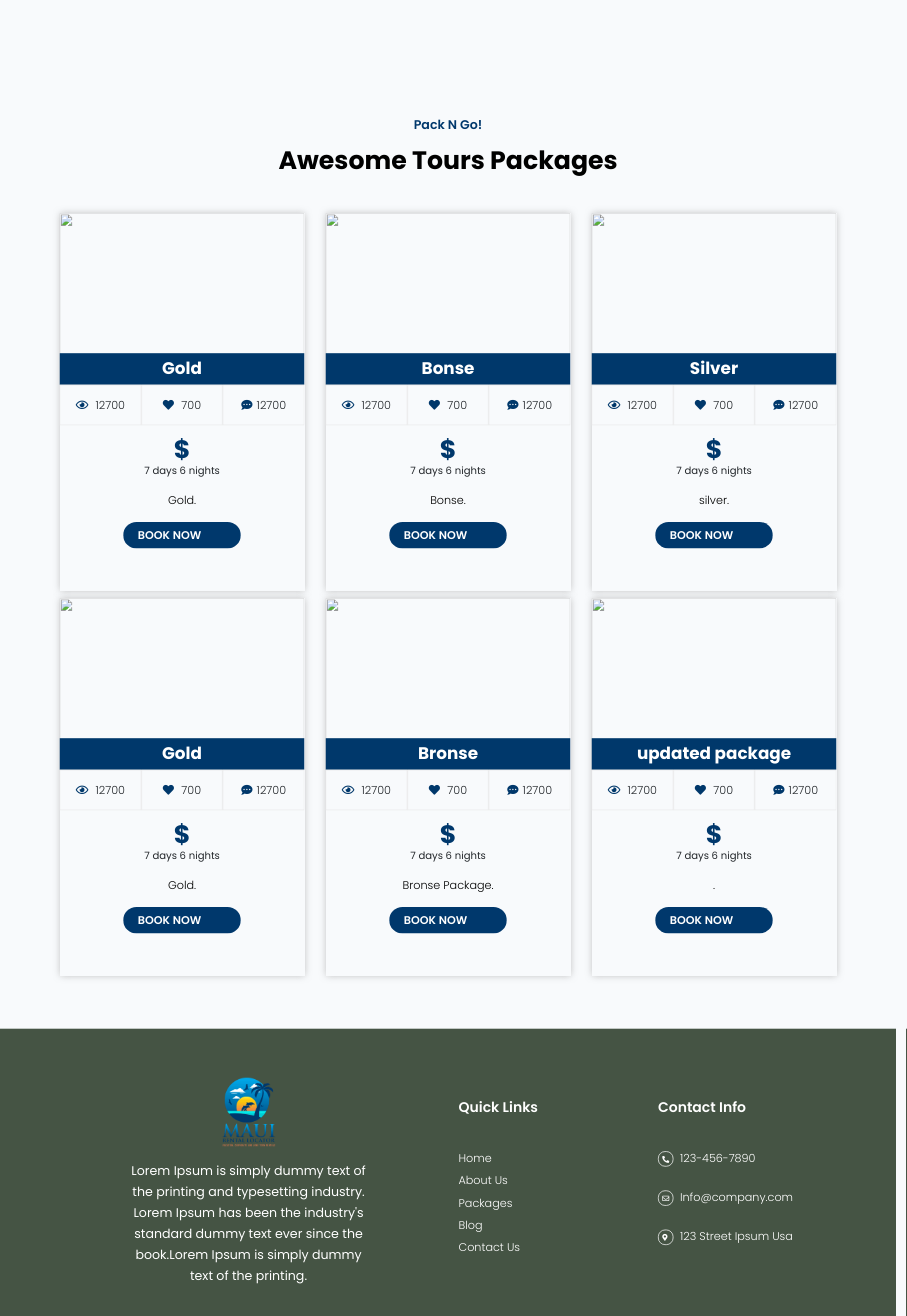
Repository: wasitmirani/laratest
Page: http://localhost/packages
These files come from the project's save history. The page is drawn as it stood at one moment and after the next save; the edit follows.
The browser window is 1280 px wide. The page is 1295 px wide, so the pictures cover 1295 px, including what lies to the right of the window. The pictures show the part of the page from y = 922 to 2802 px (the page is 2919 px tall), at 70% of full size.
Some web libraries are served in a nearby version. The page is served by the project's Laravel application, run on PHP 8.4 with Laravel 8. Other server files are loaded and not shown. The database holds what the project's SQL file puts in it.

Above is the page before, as saved 2021-06-30 12:16:48.
Console error: TypeError: Cannot read properties of null (reading 'addEventListener')

### routes/web.php
<?php


use Illuminate\Support\Facades\Route;
use App\Http\Controllers\TourController;
use App\Http\Controllers\MemberController;
use App\Http\Controllers\FrontEndController;
use App\Http\Controllers\DashboardController;
use App\Http\Controllers\TourPackageController;
use App\Http\Controllers\Backend\UserController;
use App\Http\Controllers\Backend\PackageController;


/*
|--------------------------------------------------------------------------
| Web Routes
|--------------------------------------------------------------------------
|
| Here is where you can register web routes for your application. These
| routes are loaded by the RouteServiceProvider within a group which
| contains the "web" middleware group. Now create something great!
|
*/
Auth::routes();

Route::get('/',[FrontEndController::class,'index'])->name('index');
Route::get('/about-us',[FrontEndController::class,'aboutUs'])->name('about');
Route::get('/packages',[FrontEndController::class,'packages'])->name('packages');
Route::get('/book/{id}',[FrontEndController::class,'bookNow'])->name('book.now');
Route::post('/book',[FrontEndController::class,'booking'])->name('book');
Route::get('/package/detail/{id}',[FrontEndController::class,'packageDetail'])->name('package.detail');

Route::get('/contactus',[FrontEndController::class,'contactus'])->name('contactus');
Route::get('/package/detail',[FrontEndController::class,'packageDetail'])->name('package.detail');
Route::post('/contactus',[FrontEndController::class,'sendMessage'])->name('send.message');
Route::get('/all/packages',[TourPackageController::class,'index'])->name('all.packages');
Route::get('/all/tours',[TourController::class,'index'])->name('all.tours');


// Dashboard Apis

Route::get('/home', [App\Http\Controllers\HomeController::class, 'index'])->name('home');
Route::get('/dashboard',[DashboardController::class,'index'])->name('dashboard');
Route::post('/search/places',[FrontEndController::class,'searchPlaces'])->name('search.place');



Route::middleware(['auth'])->prefix('member')->name('member.')->group(function () {
        Route::get('/dashboard',[MemberController::class,'index'])->name('dashboard');
        Route::get('/tours',[MemberController::class,'getTours'])->name('tours');
        Route::get('/bookings',[MemberController::class,'getBookings'])->name('bookings');
        Route::get('/upcoming/tours',[MemberController::class,'upcomingTours'])->name('upcoming.tours');
        Route::get('/profile',[MemberController::class,'profile'])->name('profile');
        Route::post('/update/profile',[MemberController::class,'updateProfile'])->name('update.profile');

});
Route::middleware(['auth'])->prefix('admin')->name('admin.')->group(function () {

        Route::get('/dashboard',[App\Http\Controllers\Admin\DashboardController::class,'index'])->name('dashboard');
        Route::get('/profile',[App\Http\Controllers\Admin\AdminController::class,'profile'])->name('profile');
        Route::get('/update/password',[App\Http\Controllers\Admin\AdminController::class,'updatePasswordForm'])->name('update.password.form');
        Route::post('/update/password',[App\Http\Controllers\Admin\AdminController::class,'updatePassword'])->name('update.password');
        Route::post('/update/profile',[App\Http\Controllers\Admin\AdminController::class, 'updateProfile'])->name('update.profile');


        //USERS
        Route::get('/users',[App\Http\Controllers\Admin\UserController::class,'index'])->name('users');
        Route::get('/users/create',[App\Http\Controllers\Admin\UserController::class,'create'])->name('users.create');
        Route::post('/users',[App\Http\Controllers\Admin\UserController::class,'store'])->name('users.store');
        Route::post('/users/delete/{id}',[App\Http\Controllers\Admin\UserController::class,'delete'])->name('user.delete');
        Route::get('/users/edit/{id}',[App\Http\Controllers\Admin\UserController::class,'edit'])->name('user.edit');
        Route::post('/users/update/{id}',[App\Http\Controllers\Admin\UserController::class,'update'])->name('user.update');
        Route::post('/update/users/role',[App\Http\Controllers\Admin\UserController::class,'updateUserRole'])->name('update.user.role');

        //BOOKINGS
        Route::get('/bookings',[App\Http\Controllers\Admin\BookingsController::class,'index'])->name('bookings');
        Route::get('/bookings/create',[App\Http\Controllers\Admin\BookingsController::class,'create'])->name('bookings.create');
        Route::post('/bookings',[App\Http\Controllers\Admin\BookingsController::class,'store'])->name('bookings.store');
        Route::post('/bookings/delete/{id}',[App\Http\Controllers\Admin\BookingsController::class,'delete'])->name('bookings.delete');
        Route::get('/bookings/edit/{id}',[App\Http\Controllers\Admin\BookingsController::class,'edit'])->name('bookings.edit');
        Route::post('/bookings/update/{id}',[App\Http\Controllers\Admin\BookingsController::class,'update'])->name('bookings.update');
        Route::post('/update/bookings/status',[App\Http\Controllers\Admin\BookingsController::class,'updateBookingStatus'])->name('update.booking.status');

        //Tours
        Route::get('/Tours',[App\Http\Controllers\Admin\ToursController::class,'index'])->name('Tours');
        Route::get('/Tours/create',[App\Http\Controllers\Admin\ToursController::class,'create'])->name('Tours.create');
        Route::post('/Tours',[App\Http\Controllers\Admin\ToursController::class,'store'])->name('Tours.store');
        Route::post('/Tours/delete/{id}',[App\Http\Controllers\Admin\ToursController::class,'delete'])->name('Tours.delete');
        Route::get('/Tours/edit/{id}',[App\Http\Controllers\Admin\ToursController::class,'edit'])->name('Tours.edit');
        Route::post('/Tours/update/{id}',[App\Http\Controllers\Admin\ToursController::class,'update'])->name('Tours.update');
        Route::get('/tours',[App\Http\Controllers\Admin\ToursController::class,'tours'])->name('tours');
        Route::get('/upcoming/tours',[App\Http\Controllers\Admin\ToursController::class,'upcomingTours'])->name('upcoming.tours');


        //Location
        Route::get('/locations',[App\Http\Controllers\Admin\LocationController::class,'index'])->name('locations');
        Route::get('/locations/create',[App\Http\Controllers\Admin\LocationController::class,'create'])->name('locations.create');
        Route::post('/locations',[App\Http\Controllers\Admin\LocationController::class,'store'])->name('locations.store');
        Route::post('/locations/delete/{id}',[App\Http\Controllers\Admin\LocationController::class,'delete'])->name('locations.delete');
        Route::get('/locations/edit/{id}',[App\Http\Controllers\Admin\LocationController::class,'edit'])->name('locations.edit');
        Route::post('/locations/update/{id}',[App\Http\Controllers\Admin\LocationController::class,'update'])->name('locations.update');


        //Packages
        Route::get('/packages',[App\Http\Controllers\Admin\PackageController::class,'index'])->name('packages');
        Route::get('/packages/create',[App\Http\Controllers\Admin\PackageController::class,'create'])->name('packages.create');
        Route::post('/packages',[App\Http\Controllers\Admin\PackageController::class,'store'])->name('packages.store');
        Route::post('/packages/delete/{id}',[App\Http\Controllers\Admin\PackageController::class,'delete'])->name('packages.delete');
        Route::get('/packages/edit/{id}',[App\Http\Controllers\Admin\PackageController::class,'edit'])->name('packages.edit');
        Route::post('/packages/update/{id}',[App\Http\Controllers\Admin\PackageController::class,'update'])->name('packages.update');



});

### app/Models/Package.php
<?php

namespace App\Models;

use Illuminate\Database\Eloquent\Factories\HasFactory;
use Illuminate\Database\Eloquent\Model;

class Package extends Model
{
    use HasFactory;

    public function tourPackages(){
        return  $this->belongsTo(TourPackage::class,'package_id','id');
    }

    public function locations(){
        return $this->belongsTo(Location::class,'location_id','id');
    }
}

### app/Models/Location.php
<?php

namespace App\Models;

use App\Models\Package;
use Illuminate\Database\Eloquent\Model;
use Illuminate\Database\Eloquent\Factories\HasFactory;

class Location extends Model
{
    use HasFactory;


    // public function package(){
    //     return $this->belongsTo(Package::class,'location_id','id');
    // }
}

### resources/views/frontend/pages/packages.blade.php
@extends('layouts.frontend.master')

@section('content')

		<!-- Banner -->
		<section class="banner inner-banner" style="background: url(/frontend/assets/images/banner.jpg)no-repeat;" data-aos="flip-up" data-aos-duration="2000">
			<div class="container">
				<div class="row">
					<div class="col-lg-12 ">
						<h2 class="heading-one">Packages</h2>

					</div>
				</div>
			</div>
		</section>
		<!-- Banner -->

		@component('frontend.components.allPackages',['packages'=>$packages])

        @endcomponent
@endsection

### resources/views/frontend/components/allPackages.blade.php
<section class="packages">
    <div class="container">
        <div class="row text-center">
            <h2 class="heading-three">Pack N Go! </h2>
            <h2 class="heading-two">Awesome Tours Packages </h2>
        </div>
        <div class="row">
        @foreach($packages as $package)
            <div class="col-lg-4"  style="padding-top: 10px;">
                <div class="box">
                    <div class="img-box"><img src="{{asset('/admin/img/package/'.$package->thumbnail)}}" class="img-fluid" alt=""><h3>{{$package->name}}</h3></div>
                    <ul class="list-unstyled">
                        <li class="list-inline-item"><i class="far fa-eye"></i> 12700</li>
                        <li class="list-inline-item"><i class="fas fa-heart"></i> 700</li>
                        <li class="list-inline-item"><i class="fas fa-comment-dots"></i>12700</li>
                    </ul>
                    <div class="content">
                        <p><strong>$ {{$package->price}}</strong>7 days 6 nights</p>
                        <p class="para-one">{{$package->description}}.</p>
                        <a href="{{route('book.now',$package->id)}}" class="btn btn-business">BOOK Now <NOW></NOW> <i class="fas fa-arrow-right ml-3"></i></a>
                    </div>
                </div>
            </div>
        @endforeach
           <!-- <div class="col-lg-4">
                <div class="box">
                    <div class="img-box"><img src="{{asset('frontend/assets/images/tour-1.jpg')}}" class="img-fluid" alt=""><h3>Lorem Ipsum</h3></div>
                    <ul class="list-unstyled">
                        <li class="list-inline-item"><i class="far fa-eye"></i> 12700</li>
                        <li class="list-inline-item"><i class="fas fa-heart"></i> 700</li>
                        <li class="list-inline-item"><i class="fas fa-comment-dots"></i>12700</li>
                    </ul>
                    <div class="content">
                        <p><strong>$600</strong>7 days 6 nights</p>
                        <p class="para-one">Lorem Ipsum is simply dummy text of the typesetting industry.</p>
                        <a href="#" class="btn btn-business">BOOK Now <NOW></NOW> <i class="fas fa-arrow-right ml-3"></i></a>
                    </div>
                </div>
            </div>
            <div class="col-lg-4">
                <div class="box">
                    <div class="img-box"><img src="{{asset('frontend/assets/images/tour-1.jpg')}}" class="img-fluid" alt=""><h3>Lorem Ipsum</h3></div>
                    <ul class="list-unstyled">
                        <li class="list-inline-item"><i class="far fa-eye"></i> 12700</li>
                        <li class="list-inline-item"><i class="fas fa-heart"></i> 700</li>
                        <li class="list-inline-item"><i class="fas fa-comment-dots"></i>12700</li>
                    </ul>
                    <div class="content">
                        <p><strong>$600</strong>7 days 6 nights</p>
                        <p class="para-one">Lorem Ipsum is simply dummy text of the typesetting industry.</p>
                        <a href="#" class="btn btn-business">BOOK Now <NOW></NOW> <i class="fas fa-arrow-right ml-3"></i></a>
                    </div>
                </div>
            </div>
   -->
   </div>

    </div>
</section>

<div class="row">
    <div class="col-4"></div>
    <div class="col-4">{{$packages->links('pagination::bootstrap-4')}}</div>
    <div class="col-4"></div>
    </div>

### resources/views/layouts/frontend/components/footer.blade.php
<footer data-aos="fade-up" data-aos-duration="1000" style="background-image: url(frontend/assets/images/footer-bg.png)">
    <div class="container">
        <div class="row">
            <div class="col-lg-6 text-center">
                <div class="logo"><img src="{{asset('frontend/assets/images/logo.png')}}" class="img-fluid" alt=""></div>
                <p>Lorem Ipsum is simply dummy text of the printing and typesetting industry. Lorem Ipsum has been the industry's standard dummy text ever since the book.Lorem Ipsum is simply dummy text of the printing.</p>

            </div>
            <div class="col-lg-6">
                <div class="row">
                    <div class="col-lg-6">
                        <h2>Quick Links</h2>
                        <ul class="list-unstyled">
                            <li><a href="{{route('index')}}"  class="{{ Request::is('/') ? 'active' : '' }}" >Home</a></li>
                            <li><a href="{{route('about')}}"  class="{{ Request::is('/about-us') ? 'active' : '' }}">About Us</a></li>
                            <li><a href="{{route('packages')}}"  class="{{ Request::is('/packages') ? 'active' : '' }}">Packages </a></li>
                            <li><a href="#">Blog</a></li>
                            <li><a href="{{route('contactus')}}"  class="{{ Request::is('/contactus') ? 'active' : '' }}">Contact Us</a></li>
                        </ul>
                    </div>
                    <div class="col-lg-6">
                        <h2>Contact Info</h2>
                        <ul class="list-unstyled">
                            <li class="mb-4"><a href="#" ><i class="fas fa-phone-alt"></i> 123-456-7890</a></li>
                            <li class="mb-4"><a href="#"><i class="far fa-envelope"></i> Info@company.com</a></li>
                            <li class="mb-4"><a href="#"><i class="fas fa-map-marker-alt"></i> 123 Street Ipsum Usa</a></li>
                        </ul>
                    </div>
                </div>
            </div>
        </div>
    </div>
    <div class="copyright ">
        <div class="row">
            <div class="col-lg-6">
                <p>© 2021. All Right Reserved - Maui Rental Locators.</p>
            </div>
            <div class="col-lg-6">
                <div class="social-icons">
                    <ul class="list-unstyled">
                        <li class="list-inline-item"><a href="#"><i class="fab fa-linkedin-in"></i></a></li>
                        <li class="list-inline-item"><a href="#"><i class="fab fa-instagram"></i></a></li>
                        <li class="list-inline-item"><a href="#"><i class="fab fa-facebook"></i></a></li>
                        <li class="list-inline-item"><a href="#"><i class="fab fa-twitter"></i></a></li>
                    </ul>
                </div>
            </div>
        </div>
    </div>
</footer>

### maui_db (2).sql (the tables this page reads)
CREATE TABLE `locations` (
  `id` bigint(20) UNSIGNED NOT NULL,
  `name` varchar(255) COLLATE utf8mb4_unicode_ci NOT NULL,
  `trip_date` datetime DEFAULT NULL,
  `return_date` datetime DEFAULT NULL,
  `created_at` timestamp NULL DEFAULT NULL,
  `updated_at` timestamp NULL DEFAULT NULL
) ENGINE=InnoDB DEFAULT CHARSET=utf8mb4 COLLATE=utf8mb4_unicode_ci;

INSERT INTO `locations` (`id`, `name`, `trip_date`, `return_date`, `created_at`, `updated_at`) VALUES
(4, 'manchserter', '2021-06-09 00:00:00', '2021-06-17 00:00:00', '2021-06-23 19:00:00', '2021-06-24 19:00:00'),
(5, 'losangels', '2021-06-16 00:00:00', '2021-06-24 00:00:00', '2021-06-14 19:00:00', '2021-06-23 19:00:00');

ALTER TABLE `locations`
  ADD PRIMARY KEY (`id`);

ALTER TABLE `locations`
  MODIFY `id` bigint(20) UNSIGNED NOT NULL AUTO_INCREMENT, AUTO_INCREMENT=6;

CREATE TABLE `packages` (
  `id` bigint(20) UNSIGNED NOT NULL,
  `name` varchar(255) COLLATE utf8mb4_unicode_ci NOT NULL,
  `description` varchar(255) COLLATE utf8mb4_unicode_ci DEFAULT NULL,
  `thumbnail` varchar(255) COLLATE utf8mb4_unicode_ci DEFAULT NULL,
  `created_at` timestamp NULL DEFAULT NULL,
  `updated_at` timestamp NULL DEFAULT NULL
) ENGINE=InnoDB DEFAULT CHARSET=utf8mb4 COLLATE=utf8mb4_unicode_ci;

INSERT INTO `packages` (`id`, `name`, `description`, `thumbnail`, `created_at`, `updated_at`) VALUES
(1, 'updated package', NULL, NULL, '2021-06-07 19:00:00', '2021-06-10 17:53:47'),
(2, 'Bronse', 'Bronse Package', 'bronse-1623366169.jpg', '2021-06-07 19:00:00', '2021-06-10 18:02:49'),
(3, 'Gold', 'Gold', NULL, '2021-06-07 19:00:00', '2021-06-07 19:00:00'),
(4, 'Silver', 'silver', NULL, '2021-06-07 19:00:00', '2021-06-07 19:00:00'),
(5, 'Bonse', 'Bonse', NULL, '2021-06-07 19:00:00', '2021-06-07 19:00:00'),
(6, 'Gold', 'Gold', NULL, '2021-06-07 19:00:00', '2021-06-07 19:00:00');

ALTER TABLE `packages`
  ADD PRIMARY KEY (`id`);

ALTER TABLE `packages`
  MODIFY `id` bigint(20) UNSIGNED NOT NULL AUTO_INCREMENT, AUTO_INCREMENT=7;

Loaded but not shown: app/Http/Controllers/Auth/ConfirmPasswordController.php (common file); app/Http/Controllers/Controller.php (common file); public/frontend/assets/css/bootstrap.min.css (library); public/frontend/assets/css/fancybox.css (library); public/frontend/assets/css/slick.min.css (common file); public/css/app.css (library); public/frontend/assets/js/fancybox.js (library); public/frontend/assets/js/bootstrap.bundle.min.js (library); public/frontend/assets/js/popper.min.js (library); public/frontend/assets/js/bootstrap.min.js (library); public/frontend/assets/js/slick.min.js (library); public/frontend/assets/js/custom.js (193 lines, source omitted); public/frontend/assets/css/style.css (969 lines, source omitted); resources/views/layouts/frontend/master.blade.php (108 lines, source omitted); app/Http/Controllers/FrontEndController.php (209 lines, source omitted)

After the next save:
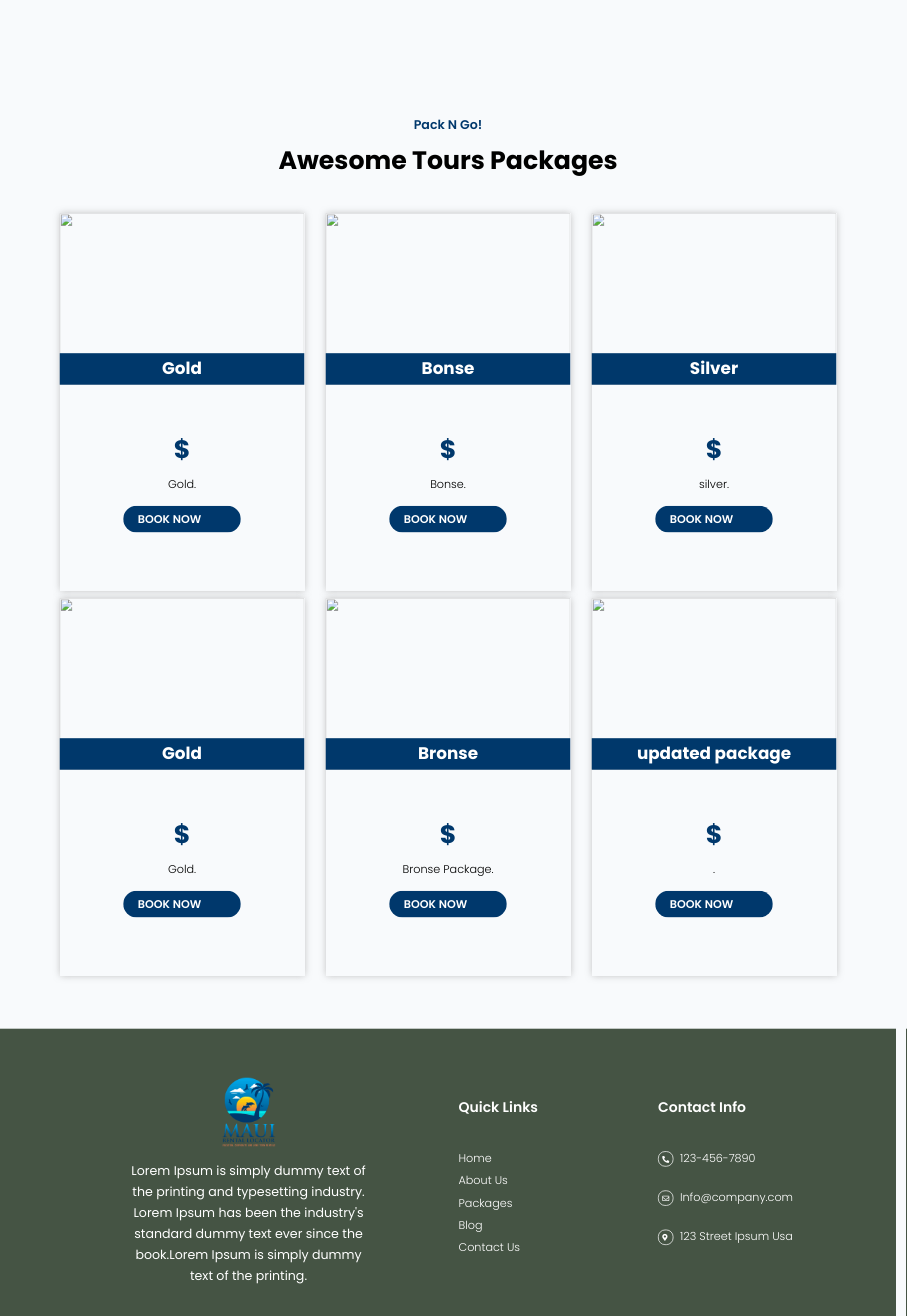
Saved 23 s later.
--- a/resources/views/frontend/components/allPackages.blade.php
+++ b/resources/views/frontend/components/allPackages.blade.php
@@ -9,13 +9,13 @@
             <div class="col-lg-4"  style="padding-top: 10px;">
                 <div class="box">
                     <div class="img-box"><img src="{{asset('/admin/img/package/'.$package->thumbnail)}}" class="img-fluid" alt=""><h3>{{$package->name}}</h3></div>
-                    <ul class="list-unstyled">
+                    {{-- <ul class="list-unstyled">
                         <li class="list-inline-item"><i class="far fa-eye"></i> 12700</li>
                         <li class="list-inline-item"><i class="fas fa-heart"></i> 700</li>
                         <li class="list-inline-item"><i class="fas fa-comment-dots"></i>12700</li>
-                    </ul>
+                    </ul> --}}
                     <div class="content">
-                        <p><strong>$ {{$package->price}}</strong>7 days 6 nights</p>
+                        <p><strong>$ {{$package->price}}</strong></p>
                         <p class="para-one">{{$package->description}}.</p>
                         <a href="{{route('book.now',$package->id)}}" class="btn btn-business">BOOK Now <NOW></NOW> <i class="fas fa-arrow-right ml-3"></i></a>
                     </div>
